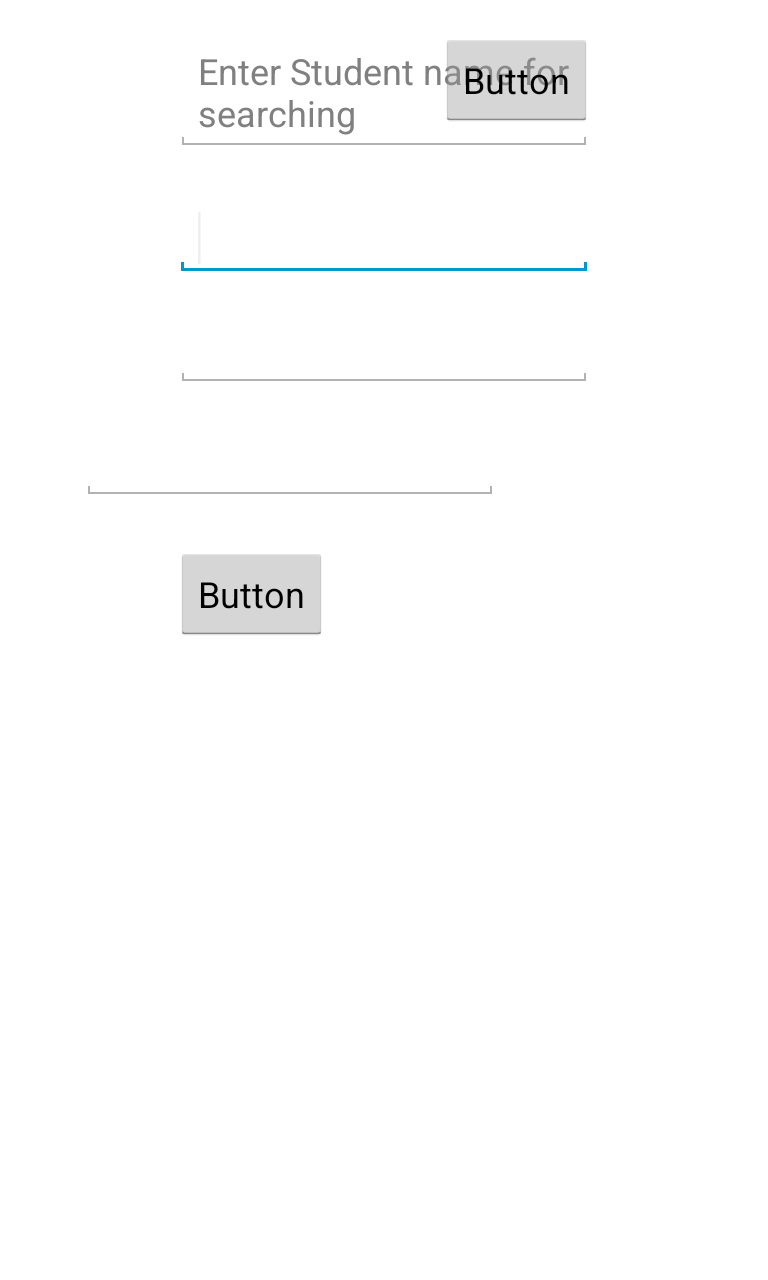
Repository: amittttt/Android-HP
Layout: Sqllite/res/layout/activity_main.xml
The author's editor kept a copy of each file at every save. The layout is drawn from the files as they stood at one save, then again after the next save.
It is drawn on a 768 x 1280 px phone screen (xhdpi) without system bars, with theme AppTheme; the app's code is not run.

Above is the layout before, as saved 2016-05-13 05:10:46.

### Sqllite/res/layout/activity_main.xml
<RelativeLayout xmlns:android="http://schemas.android.com/apk/res/android"
    xmlns:tools="http://schemas.android.com/tools"
    android:layout_width="match_parent"
    android:layout_height="match_parent"
    android:paddingBottom="@dimen/activity_vertical_margin"
    android:paddingLeft="@dimen/activity_horizontal_margin"
    android:paddingRight="@dimen/activity_horizontal_margin"
    android:paddingTop="@dimen/activity_vertical_margin"
    tools:context=".MainActivity" >

    <EditText
        android:id="@+id/search"
        android:layout_width="wrap_content"
        android:layout_height="wrap_content"
        android:layout_alignParentTop="true"
        android:layout_centerHorizontal="true"
        android:ems="10"
        android:hint="Enter Student name for searching"
        />

    <EditText
        android:id="@+id/fname"
        android:layout_width="wrap_content"
        android:layout_height="wrap_content"
        android:layout_below="@+id/search"
        android:layout_centerHorizontal="true"
        android:layout_marginTop="23dp"
        android:ems="10" >

        <requestFocus />
    </EditText>

    <EditText
        android:id="@+id/lname"
        android:layout_width="wrap_content"
        android:layout_height="wrap_content"
        android:layout_alignLeft="@+id/fname"
        android:layout_below="@+id/fname"
        android:layout_marginTop="16dp"
        android:ems="10" />

    <EditText
        android:id="@+id/add"
        android:layout_width="wrap_content"
        android:layout_height="wrap_content"
        android:layout_alignParentLeft="true"
        android:layout_below="@+id/lname"
        android:layout_marginLeft="24dp"
        android:layout_marginTop="17dp"
        android:ems="10"
        android:inputType="phone" />

    <Button
        android:id="@+id/insert"
        android:layout_width="wrap_content"
        android:layout_height="wrap_content"
        android:layout_alignLeft="@+id/lname"
        android:layout_below="@+id/add"
        android:layout_marginTop="22dp"
        android:text="Button" />

    <Button
        android:id="@+id/update"
        android:layout_width="wrap_content"
        android:layout_height="wrap_content"
        android:layout_alignBaseline="@+id/button1"
        android:layout_alignBottom="@+id/button1"
        android:layout_alignRight="@+id/lname"
        android:text="Button" />

</RelativeLayout>

Loaded but not shown: Sqllite/res/values/styles.xml (common file); Sqllite/res/values-v11/styles.xml (common file); Sqllite/res/values-v14/styles.xml (common file); Sqllite/res/values/dimens.xml (common file)

After the next save:
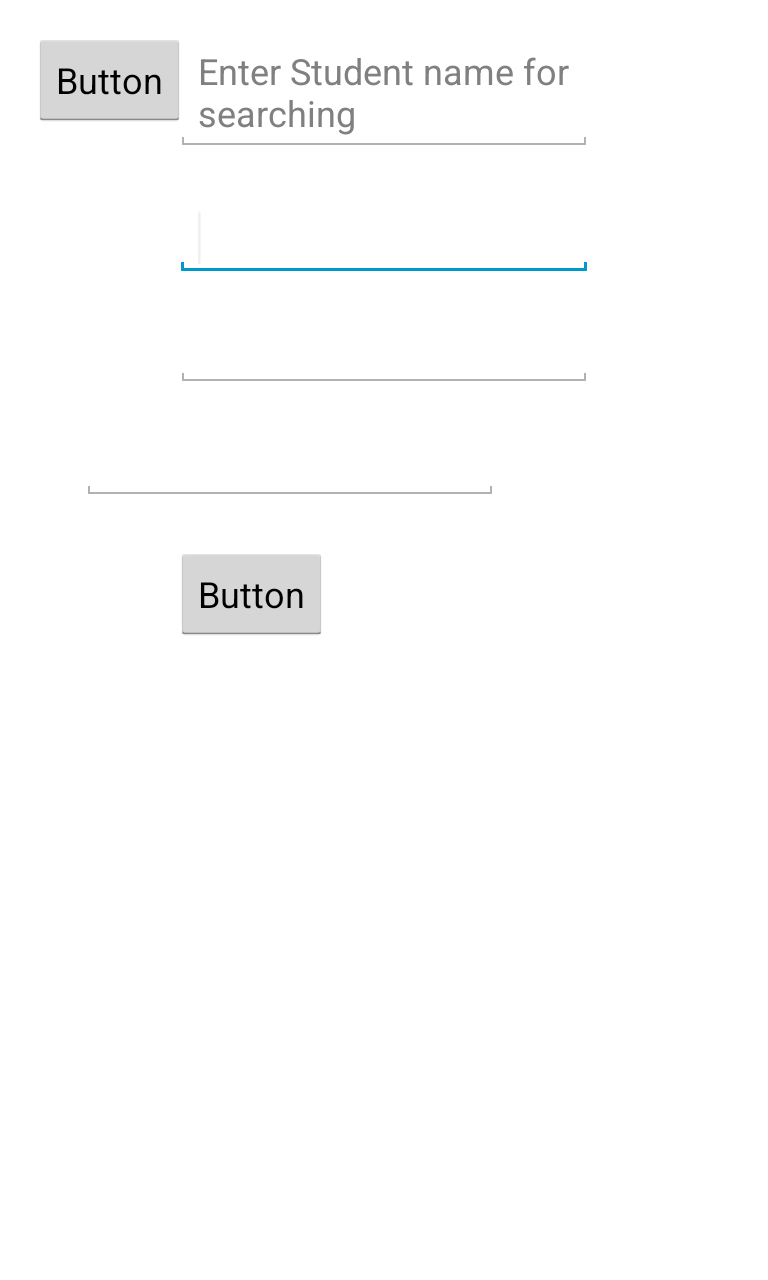
Saved 43 s later.
--- a/Sqllite/res/layout/activity_main.xml
+++ b/Sqllite/res/layout/activity_main.xml
@@ -65,7 +65,7 @@
         android:layout_height="wrap_content"
         android:layout_alignBaseline="@+id/button1"
         android:layout_alignBottom="@+id/button1"
-        android:layout_alignRight="@+id/lname"
+
         android:text="Button" />
 
 </RelativeLayout>
